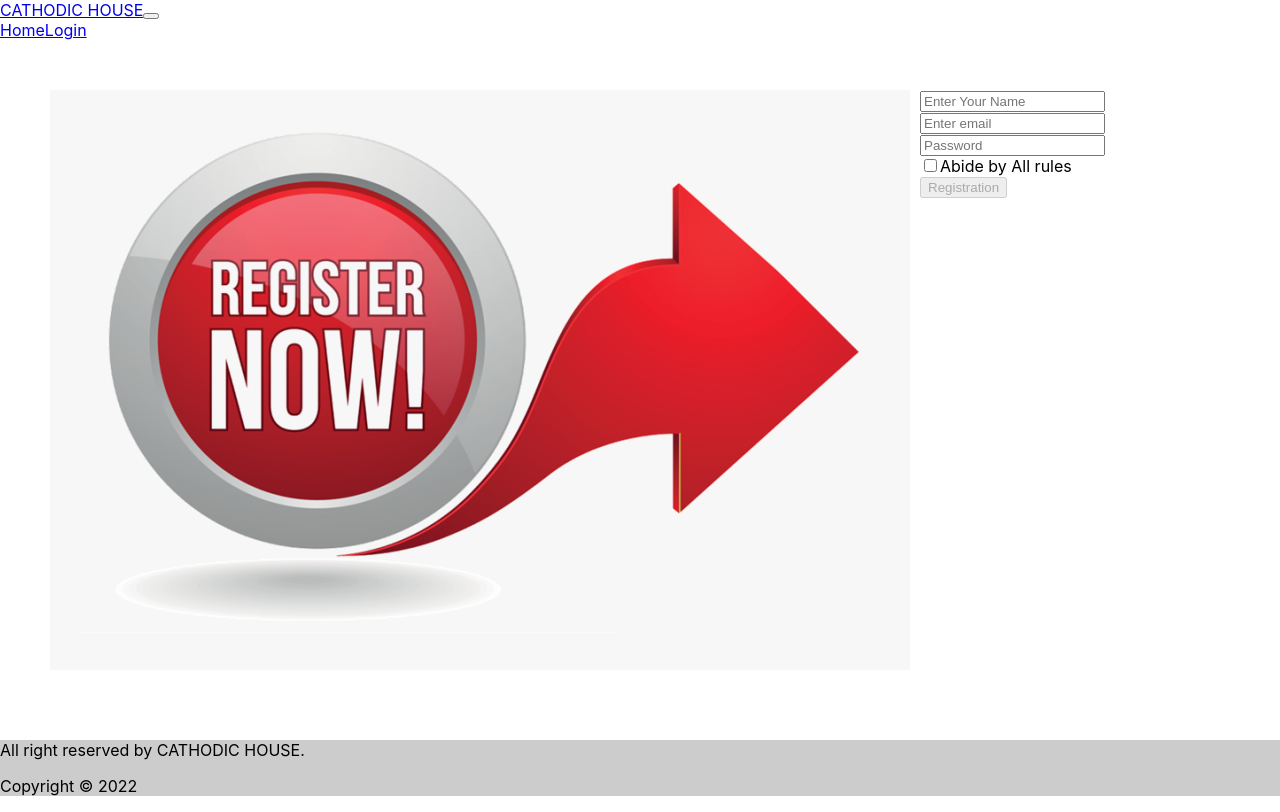
Repository: grnisna/warehouse-management-client-11
Page: /registration
An editor plug-in stored every save of this project. The page is shown before and after the next save, followed by the edit.
The browser window is 1280 px wide. The pictures show the whole page.
The project was rebuilt for these pictures with package versions that can differ from the ones it lists, and the page was loaded fresh each time. Also part of the build but not shown: src/components/Login/Login/Login.js, src/components/Home/Carosel/Carosel.css, src/components/Home/Carosel/Carosel.js, src/components/Hooks/UseItems/UseItems.js, src/components/Home/Item/Item.css, src/components/Home/Item/Item.js, src/components/Home/Items/Items.css, src/components/Home/Items/Items.js and 3 more.

Above is the page before, as saved 2022-05-09 20:42:17.

After the next save:
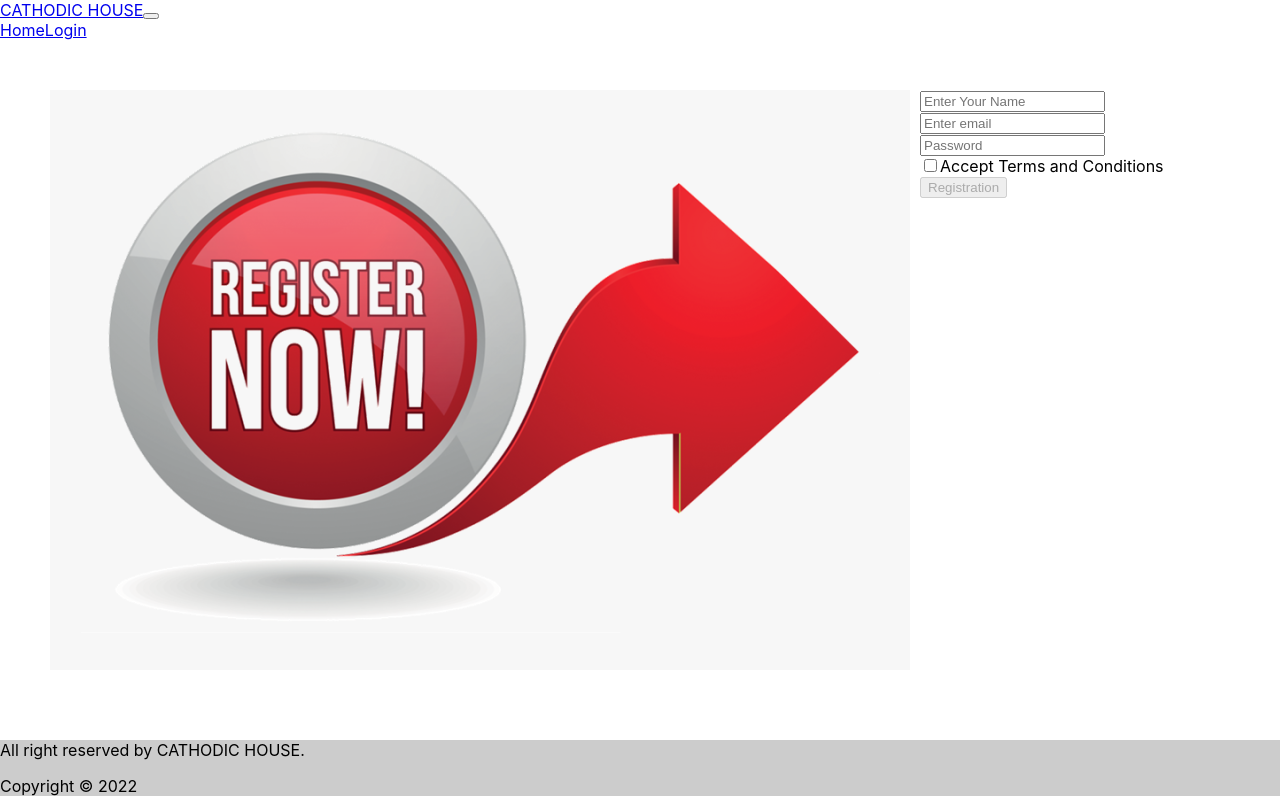
Saved 51 s later.
--- a/src/components/Login/Registration/Registration.js
+++ b/src/components/Login/Registration/Registration.js
@@ -48,7 +48,7 @@ const Registration = () => {
                 </Form.Group>
 
                 <Form.Group className="mb-3" controlId="formBasicCheckbox">
-                    <Form.Check onClick={()=>setAgree(!agree)} type="checkbox" label="Abide by All rules" />
+                    <Form.Check onClick={()=>setAgree(!agree)} type="checkbox" label="Accept Terms and Conditions" />
                 </Form.Group>
 
                 {error && <p style={{color:'red'}} >{error.message}</p>}
